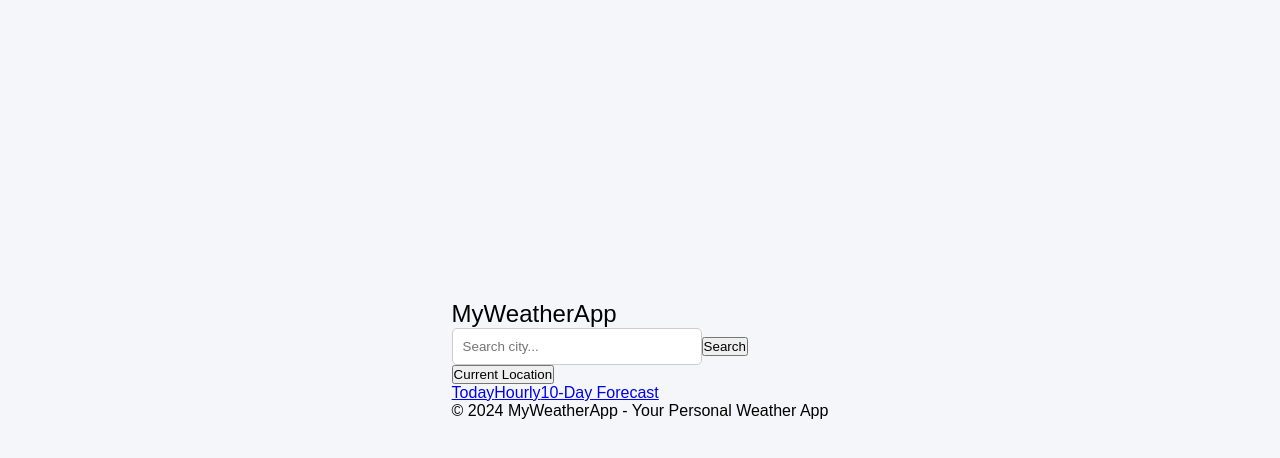
Repository: Rayyy-dev/My-weather-App
Page: /
An editor plug-in stored every save of this project. The page is shown before and after the next save, followed by the edit.
The browser window is 1280 px wide. The pictures show the whole page.
The page's requests for data from a server got no answer. The project was rebuilt for these pictures with package versions that can differ from the ones it lists, and the page was loaded fresh each time. No one was signed in, and anything a server would have sent is missing.

Above is the page before, as saved 2024-10-16 02:26:03.

### public/index.html
<!DOCTYPE html>
<html lang="en">
  <head>
    <meta charset="utf-8" />
    <link rel="icon" href="%PUBLIC_URL%/favicon.ico" />
    <meta name="viewport" content="width=device-width, initial-scale=1" />
    <meta name="theme-color" content="#000000" />
    <meta
      name="description"
      content="Web site created using create-react-app"
    />
    <link href="https://fonts.googleapis.com/css2?family=Poppins:wght@300;400;500;600&display=swap" rel="stylesheet">

    <link rel="apple-touch-icon" href="%PUBLIC_URL%/logo192.png" />
    <!--
      manifest.json provides metadata used when your web app is installed on a
      user's mobile device or desktop. See https://developers.google.com/web/fundamentals/web-app-manifest/
    -->
    <link rel="manifest" href="%PUBLIC_URL%/manifest.json" />
    <!--
      Notice the use of %PUBLIC_URL% in the tags above.
      It will be replaced with the URL of the `public` folder during the build.
      Only files inside the `public` folder can be referenced from the HTML.

      Unlike "/favicon.ico" or "favicon.ico", "%PUBLIC_URL%/favicon.ico" will
      work correctly both with client-side routing and a non-root public URL.
      Learn how to configure a non-root public URL by running `npm run build`.
    -->
    <title>React App</title>
  </head>
  <body>
    <noscript>You need to enable JavaScript to run this app.</noscript>
    <div id="root"></div>
    <!--
      This HTML file is a template.
      If you open it directly in the browser, you will see an empty page.

      You can add webfonts, meta tags, or analytics to this file.
      The build step will place the bundled scripts into the <body> tag.

      To begin the development, run `npm start` or `yarn start`.
      To create a production bundle, use `npm run build` or `yarn build`.
    -->
  </body>
</html>

### src/App.js
import React, { useState, useEffect } from 'react';
import './App.css';

function App() {
  const [city, setCity] = useState(''); // City input from user
  const [weather, setWeather] = useState(null); // Current weather data
  const [forecast, setForecast] = useState([]); // 10-day forecast
  const [hourlyForecast, setHourlyForecast] = useState([]); // Hourly forecast
  const [loading, setLoading] = useState(false); // Loading state
  const [error, setError] = useState(''); // Error handling

  const apiKey = "74072ad194774534b56234435241510"; // WeatherAPI key

  useEffect(() => {
    if (!city) {
      detectLocation();
    }
  }, []);

  // Fetch weather data for city
  const fetchWeather = async (location) => {
    setLoading(true);
    try {
      const weatherResponse = await fetch(
        `https://api.weatherapi.com/v1/current.json?key=${apiKey}&q=${location}&aqi=no`
      );
      const forecastResponse = await fetch(
        `https://api.weatherapi.com/v1/forecast.json?key=${apiKey}&q=${location}&days=10&hour=24`
      );

      const weatherData = await weatherResponse.json();
      const forecastData = await forecastResponse.json();

      setWeather(weatherData.current);
      setForecast(forecastData.forecast.forecastday);
      setHourlyForecast(forecastData.forecast.forecastday[0].hour);
    } catch (err) {
      setError("Failed to fetch weather data");
    } finally {
      setLoading(false);
    }
  };

  // Detect user's location using Geolocation API
  const detectLocation = () => {
    if (navigator.geolocation) {
      navigator.geolocation.getCurrentPosition(
        (position) => {
          const lat = position.coords.latitude;
          const lon = position.coords.longitude;
          fetchWeather(`${lat},${lon}`);
        },
        () => {
          setError('Unable to retrieve your location');
        }
      );
    } else {
      setError('Geolocation is not supported by this browser.');
    }
  };

  // Handle search for a city
  const handleSearch = (e) => {
    e.preventDefault();
    if (city) {
      fetchWeather(city);
    }
  };

  return (
    <div className="app-container">
      {/* Header */}
      <header className="header">
        <div className="logo">MyWeatherApp</div>
        <div className="search-location">
          <form onSubmit={handleSearch}>
            <input
              type="text"
              placeholder="Search city..."
              value={city}
              onChange={(e) => setCity(e.target.value)}
              className="search-bar"
            />
            <button type="submit">Search</button>
          </form>
          <button onClick={detectLocation} className="current-location-btn">
            Current Location
          </button>
        </div>
        <nav className="menu">
          <a href="#current">Today</a>
          <a href="#hourly">Hourly</a>
          <a href="#forecast">10-Day Forecast</a>
        </nav>
      </header>

      {/* Main Content */}
      <main>
        {/* Display Error or Loading */}
        {loading && <p>Loading...</p>}
        {error && <p className="error">{error}</p>}

        {/* Current Weather Section */}
        {weather && (
          <section id="current" className="current-weather">
            <h2>Current Weather</h2>
            <div className="weather-details">
              <div>
                <img src={weather.condition.icon} alt="Weather icon" />
                <p>{weather.temp_c}°C</p>
                <p>{weather.condition.text}</p>
              </div>
              <div className="weather-info">
                <p>Wind: {weather.wind_kph} km/h</p>
                <p>Humidity: {weather.humidity}%</p>
                <p>Feels Like: {weather.feelslike_c}°C</p>
              </div>
            </div>
          </section>
        )}

        {/* Hourly Weather Section */}
        {hourlyForecast.length > 0 && (
          <section id="hourly" className="hourly-weather">
            <h2>Hourly Forecast</h2>
            <div className="hourly-scroll">
              {hourlyForecast.map((hour, index) => (
                <div key={index} className="hour-item">
                  <p>{new Date(hour.time).getHours()}:00</p>
                  <img src={hour.condition.icon} alt="Weather icon" />
                  <p>{hour.temp_c}°C</p>
                </div>
              ))}
            </div>
          </section>
        )}

        {/* 10-Day Forecast Section */}
        {forecast.length > 0 && (
          <section id="forecast" className="daily-forecast">
            <h2>10-Day Forecast</h2>
            <div className="forecast-list">
              {forecast.map((day, index) => (
                <div key={index} className="forecast-item">
                  <div>{day.date}</div>
                  <img src={day.day.condition.icon} alt="Weather icon" />
                  <div>
                    <p>Max: {day.day.maxtemp_c}°C</p>
                    <p>Min: {day.day.mintemp_c}°C</p>
                    <p>{day.day.condition.text}</p>
                  </div>
                </div>
              ))}
            </div>
          </section>
        )}
      </main>

      {/* Footer */}
      <footer className="footer">
        <p>© 2024 MyWeatherApp - Your Personal Weather App</p>
      </footer>
    </div>
  );
}

export default App;

### src/App.css
/* General Reset */
* {
  margin: 0;
  padding: 0;
  box-sizing: border-box;
}

body {
  font-family: 'Arial', sans-serif;
  background-color: #f4f6f9;
  display: flex;
  justify-content: center;
  align-items: center;
  min-height: 100vh;
}

/* App Container */
.app-container {
  width: 100%;
  max-width: 1200px;
  margin: 0 auto;
  padding: 20px;
}

/* Navbar */
.navbar {
  display: flex;
  justify-content: space-between;
  align-items: center;
  background-color: #333;
  padding: 10px 20px;
  color: white;
}

.logo {
  font-size: 1.5rem;
}

.search-bar {
  padding: 10px;
  border-radius: 5px;
  border: 1px solid #ccc;
  width: 250px;
}

.location-menu button {
  background-color: #007bff;
  color: white;
  border: none;
  padding: 10px;
  margin-left: 10px;
  border-radius: 5px;
  cursor: pointer;
}

.location-menu button:hover {
  background-color: #0056b3;
}

/* Current Weather */
.current-weather {
  background-color: #fff;
  padding: 20px;
  border-radius: 10px;
  margin-bottom: 20px;
  text-align: center;
  box-shadow: 0 4px 12px rgba(0, 0, 0, 0.1);
}

.current-weather img {
  width: 80px;
}

/* Hourly Forecast */
.hourly-weather {
  margin-bottom: 20px;
}

.hourly-scroll {
  display: flex;
  overflow-x: auto;
  gap: 20px;
}

.hour-item {
  text-align: center;
  padding: 10px;
  background-color: #fff;
  border-radius: 10px;
  box-shadow: 0px 4px 12px rgba(0, 0, 0, 0.1);
  width: 100px;
}

/* 10-Day Forecast */
.daily-forecast {
  background-color: #fff;
  padding: 20px;
  border-radius: 10px;
  box-shadow: 0px 4px 12px rgba(0, 0, 0, 0.1);
}

.forecast-list {
  display: flex;
  flex-direction: column;
  gap: 20px;
}

.forecast-item {
  display: flex;
  justify-content: space-between;
  align-items: center;
  padding: 10px;
  background-color: #f0f0f0;
  border-radius: 5px;
  box-shadow: 0px 2px 8px rgba(0, 0, 0, 0.1);
}

.forecast-item img {
  width: 50px;
}

.error {
  color: red;
}

Loaded but not shown: src/index.js (common file); src/index.css (common file); src/reportWebVitals.js (common file)

After the next save:
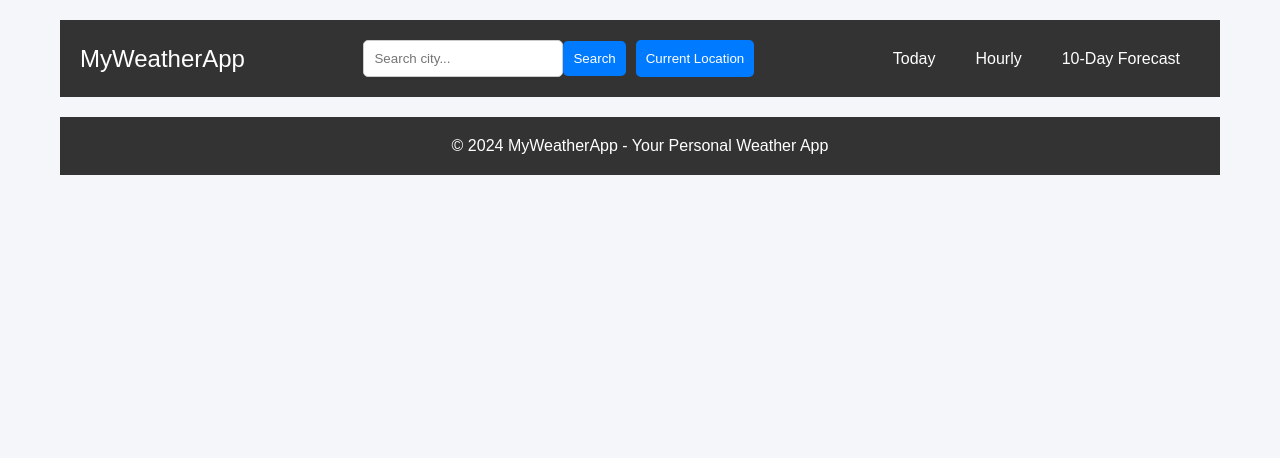
Saved 38 s later.
--- a/src/App.css
+++ b/src/App.css
@@ -8,13 +8,8 @@
 body {
   font-family: 'Arial', sans-serif;
   background-color: #f4f6f9;
-  display: flex;
-  justify-content: center;
-  align-items: center;
-  min-height: 100vh;
 }
 
-/* App Container */
 .app-container {
   width: 100%;
   max-width: 1200px;
@@ -22,103 +17,112 @@ body {
   padding: 20px;
 }
 
-/* Navbar */
-.navbar {
+/* Header */
+.header {
   display: flex;
   justify-content: space-between;
   align-items: center;
   background-color: #333;
-  padding: 10px 20px;
   color: white;
+  padding: 20px;
 }
 
 .logo {
   font-size: 1.5rem;
 }
 
+.search-location {
+  display: flex;
+  gap: 10px;
+}
+
 .search-bar {
   padding: 10px;
   border-radius: 5px;
   border: 1px solid #ccc;
-  width: 250px;
+  width: 200px;
 }
 
-.location-menu button {
+button {
   background-color: #007bff;
   color: white;
   border: none;
   padding: 10px;
-  margin-left: 10px;
   border-radius: 5px;
   cursor: pointer;
 }
 
-.location-menu button:hover {
+button:hover {
   background-color: #0056b3;
 }
 
-/* Current Weather */
-.current-weather {
+.menu a {
+  color: white;
+  text-decoration: none;
+  padding: 10px 20px;
+}
+
+.menu a:hover {
+  text-decoration: underline;
+}
+
+/* Main Sections */
+main {
+  margin-top: 20px;
+}
+
+.current-weather,
+.hourly-weather,
+.daily-forecast {
   background-color: #fff;
   padding: 20px;
   border-radius: 10px;
   margin-bottom: 20px;
-  text-align: center;
-  box-shadow: 0 4px 12px rgba(0, 0, 0, 0.1);
+  box-shadow: 0px 4px 12px rgba(0, 0, 0, 0.1);
 }
 
-.current-weather img {
-  width: 80px;
-}
-
-/* Hourly Forecast */
-.hourly-weather {
-  margin-bottom: 20px;
+.weather-details {
+  display: flex;
+  justify-content: space-between;
 }
 
 .hourly-scroll {
   display: flex;
   overflow-x: auto;
-  gap: 20px;
+  gap: 15px;
 }
 
 .hour-item {
+  padding: 10px;
+  background-color: #f4f4f4;
+  border-radius: 10px;
   text-align: center;
-  padding: 10px;
-  background-color: #fff;
-  border-radius: 10px;
-  box-shadow: 0px 4px 12px rgba(0, 0, 0, 0.1);
-  width: 100px;
-}
-
-/* 10-Day Forecast */
-.daily-forecast {
-  background-color: #fff;
-  padding: 20px;
-  border-radius: 10px;
-  box-shadow: 0px 4px 12px rgba(0, 0, 0, 0.1);
 }
 
 .forecast-list {
   display: flex;
   flex-direction: column;
-  gap: 20px;
+  gap: 10px;
 }
 
 .forecast-item {
   display: flex;
   justify-content: space-between;
   align-items: center;
+  background-color: #f0f0f0;
   padding: 10px;
-  background-color: #f0f0f0;
   border-radius: 5px;
-  box-shadow: 0px 2px 8px rgba(0, 0, 0, 0.1);
-}
-
-.forecast-item img {
-  width: 50px;
 }
 
 .error {
   color: red;
 }
+
+/* Footer */
+.footer {
+  text-align: center;
+  margin-top: 20px;
+  padding: 20px;
+  background-color: #333;
+  color: white;
+}
